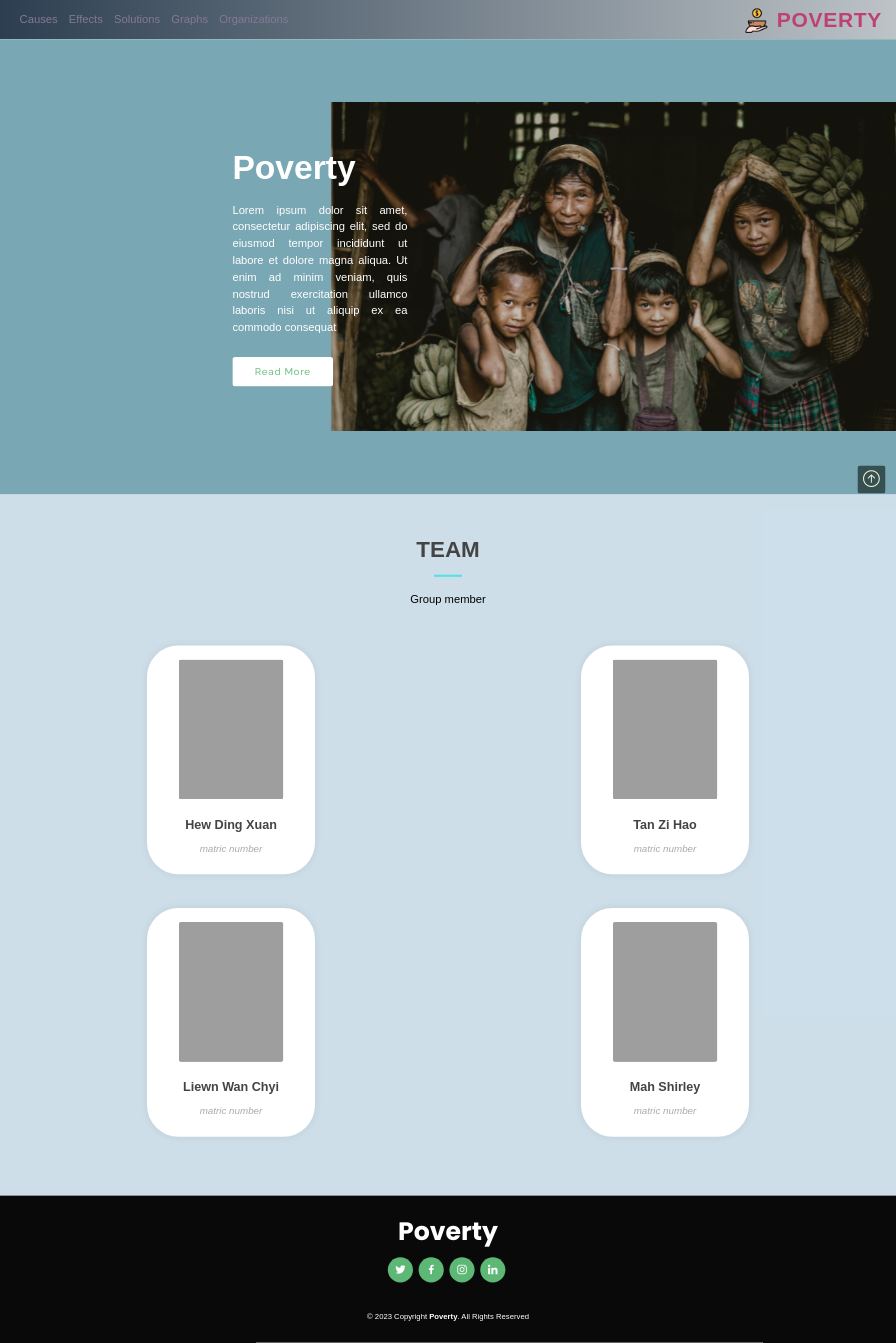
Repository: oscarhew/OSP_WIE2002
Page: index.html
These files come from the project's save history. The page is drawn as it stood at one moment and after the next save; the edit follows.
The browser window is 1280 px wide. The pictures show the whole page, at 70% of full size.
Pictures or frames that could not be fetched are drawn as grey boxes.

Above is the page before, as saved 2023-04-02 15:02:38.

After the next save:
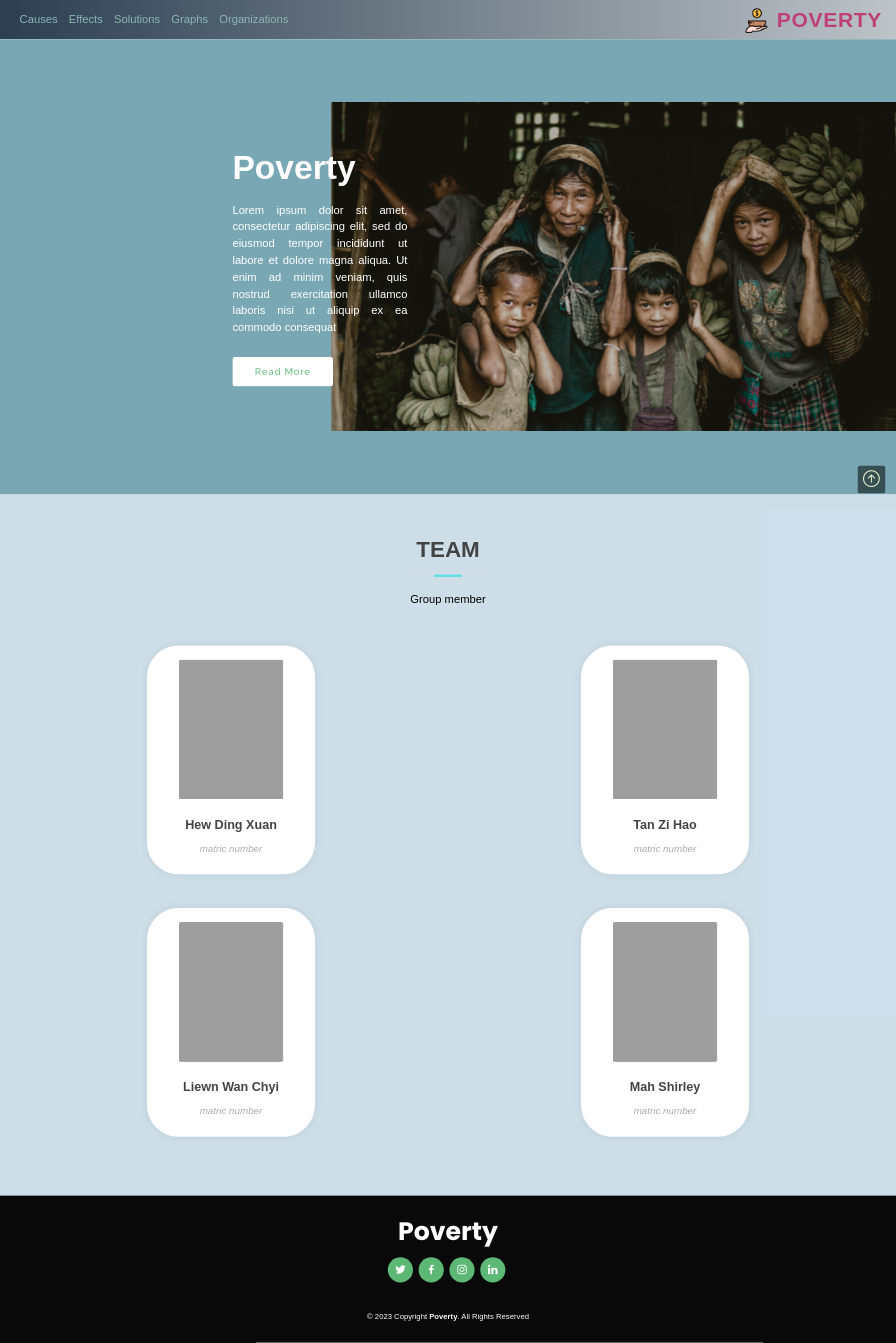
Saved 6 s later.
--- a/assets/css/main.css
+++ b/assets/css/main.css
@@ -55,7 +55,7 @@
   }
 
   .navbar-dark .navbar-nav .nav-link {
-    color: #847996;
+    color: #88B7B5;
   }
 
   .navbar-nav .nav-item{
